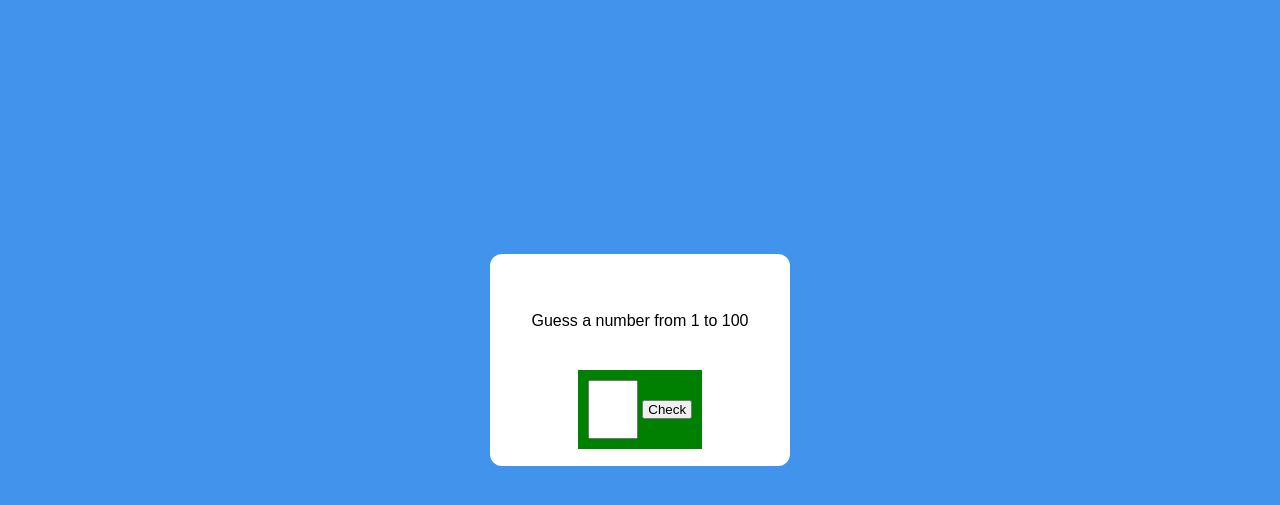
Repository: Ankitkr2021/Guess_Game
Page: index.html
These files come from the project's save history. The page is drawn as it stood at one moment and after the next save; the edit follows.
The browser window is 1280 px wide. The pictures show the whole page.

Above is the page before, as saved 2025-09-30 17:42:19.

After the next save:
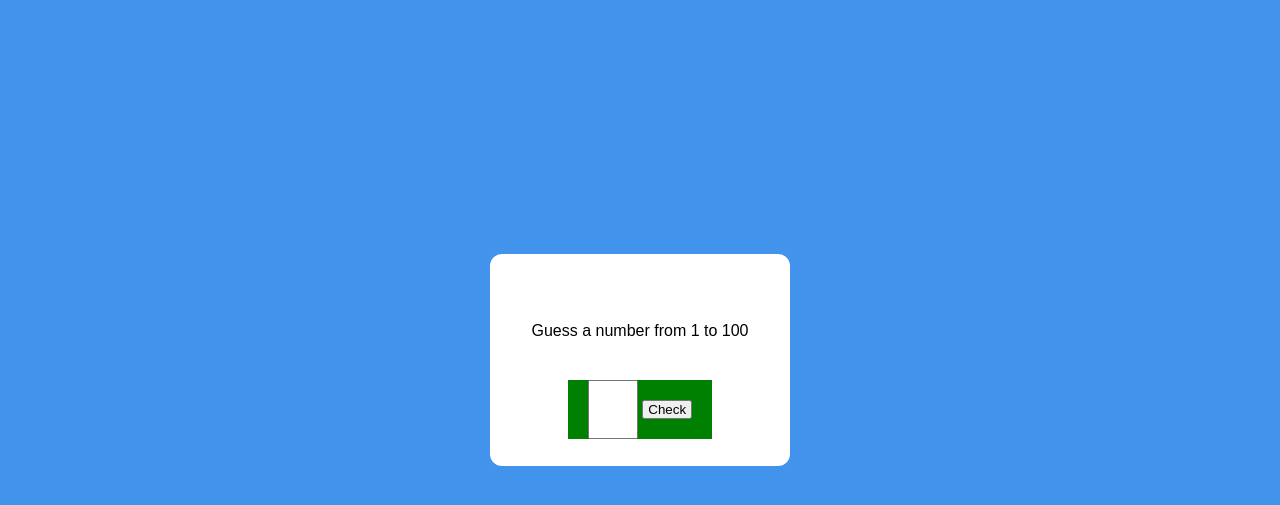
Saved 16 s later.
--- a/style.css
+++ b/style.css
@@ -34,7 +34,7 @@ p{
 
 .same-line {
     background: green;
-    padding: 10px;
+    padding: 0 20px;
 }
 
 input{
